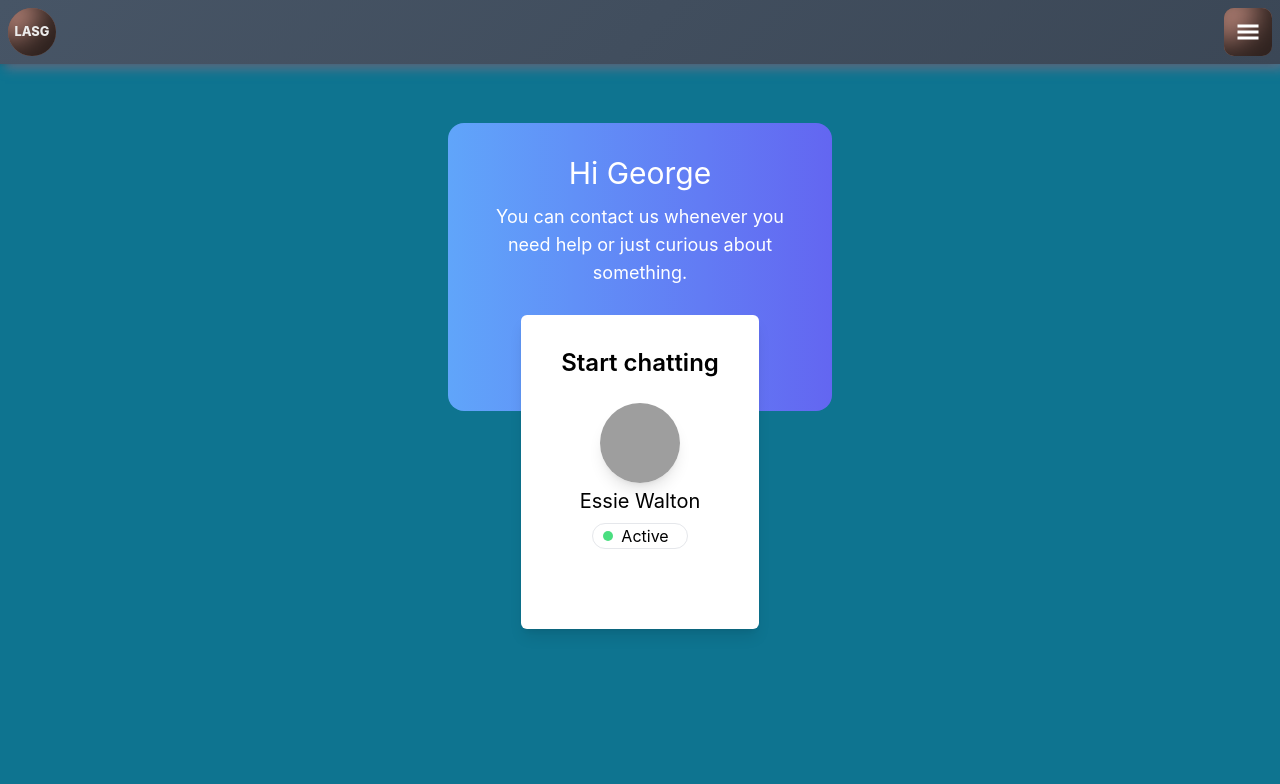
Repository: ShindanoSingi/LA-Swahili-Group
Page: /contact (app in client/)
The author's editor kept a copy of each file at every save. The page is drawn from the files as they stood at one save, then again after the next save.
The browser window is 1280 px wide. The pictures show the whole page.
Pictures or frames that could not be fetched are drawn as grey boxes. The project was rebuilt for these pictures with package versions that can differ from the ones it lists, and the page was loaded fresh each time. Also part of the build but not shown: client/src/pages/error/Error.css, client/src/pages/error/Error.js, client/src/pages/home/Home.js, client/src/pages/about/About.js, client/src/pages/login/Login.js, client/src/pages/userDashBoard/UserDashBoard.js, client/src/pages/superUsersDashBoard/SuperUsersDashBoard.js, client/src/pages/register/Register.js and 2 more.

Above is the page before, as saved 2024-02-12 00:49:47.

After the next save:
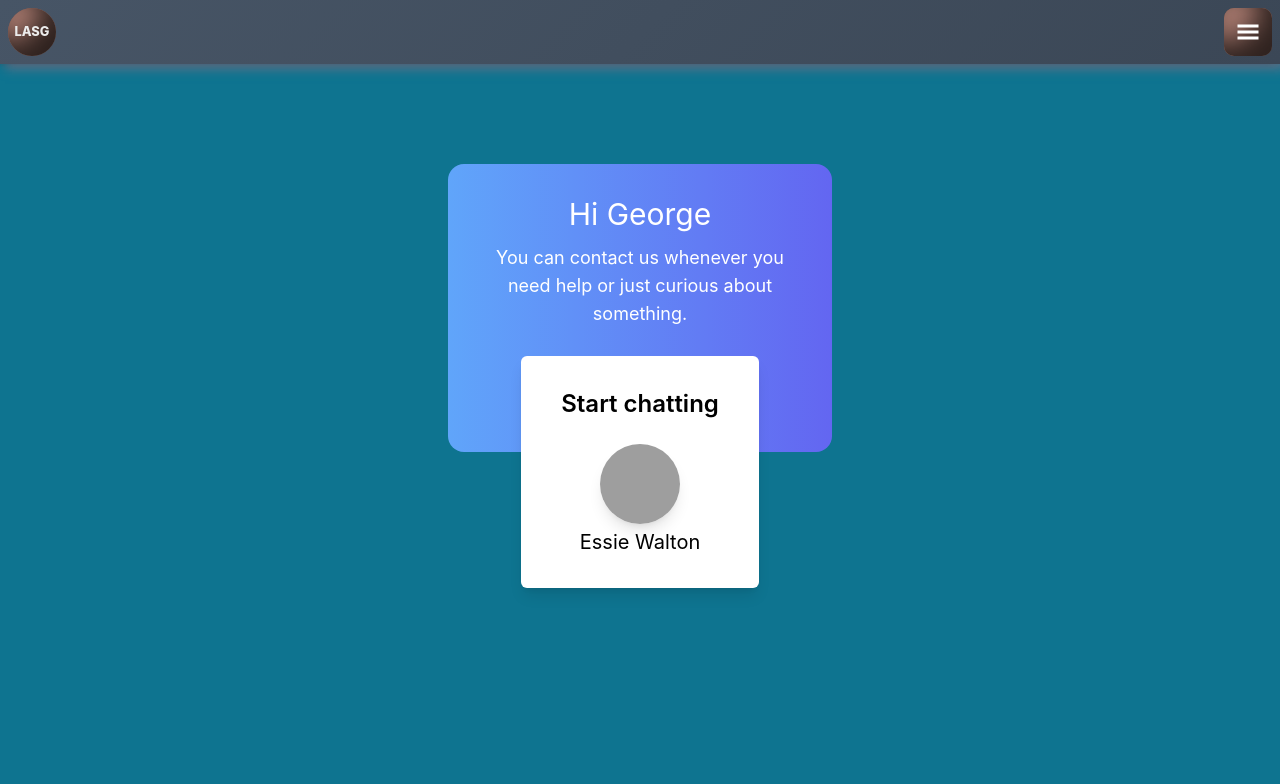
Saved 15 s later.
--- a/client/src/pages/contact/Contact.js
+++ b/client/src/pages/contact/Contact.js
@@ -13,8 +13,6 @@ function Contact() {
   <h2 class="font-semibold text-2xl mb-6">Start chatting</h2>
   <img class="w-20 h-20 object-cover rounded-full mx-auto shadow-lg" src="https://images.unsplash.com/photo-1611342799915-5dd9f1665d04?ixid=MXwxMjA3fDB8MHxwaG90by1wYWdlfHx8fGVufDB8fHw%3D&ixlib=rb-1.2.1&auto=format&fit=crop&w=1350&q=80" alt="User avatar"/>
   <p class="capitalize text-xl mt-1">essie walton</p>
-  <span class="flex items-center border rounded-full w-24 pr-2 justify-center mx-auto mt-2 mb-12"><div class="bg-green-400 rounded-full w-2.5 h-2.5 block mr-2"></div>Active</span>
-
 </div>
   </div>
     </div>
